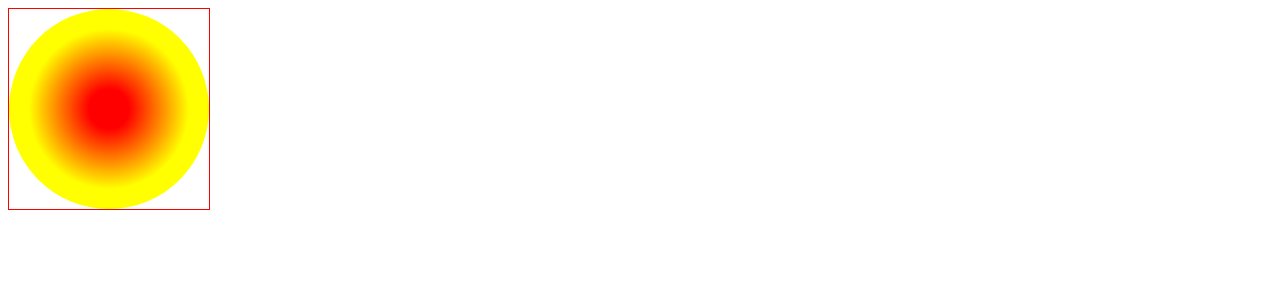
Repository: Tan-Khang21/TH_TKW--Buoi_05
Page: Bai_Tap_Tren_Lop/Bai_01/Canvas8.html
An editor plug-in stored every save of this project. The page is shown before and after the next save, followed by the edit.
The browser window is 1280 px wide. The pictures show the whole page.

Above is the page before, as saved 2024-03-10 20:40:49.

### Bai_Tap_Tren_Lop/Bai_01/Canvas8.html
<!DOCTYPE html>
<html lang="en">
  <head>
    <meta charset="UTF-8" />
    <meta name="viewport" content="width=device-width, initial-scale=1.0" />
    <title>Document</title>
  </head>
  <body>
    <canvas
      id="mycanvas"
      width="200px"
      height="200px"
      style="border: 1px solid #f00"
    ></canvas>
    <script>
      var c = document.getElementById("mycanvas");
      var ctx = c.getContext("2d");
      var grd = ctx.createRadialGradient(100, 100, 20, 100, 100, 80);
      grd.addColorStop(0, "red");
      grd.addColorStop(1, "yellow");
      ctx.beginPath();
      ctx.arc(100, 100, 100, 0, 2 * Math.PI);
      ctx.fillStyle = grd;
      ctx.fill();
    </script>
  </body>
</html>

After the next save:
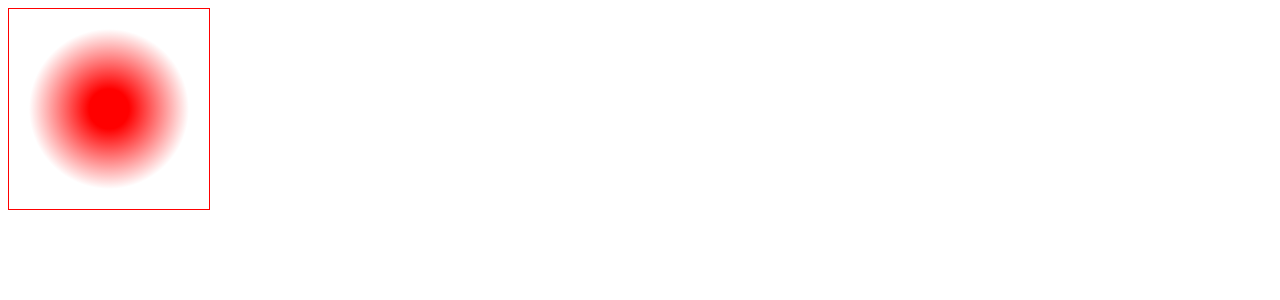
Saved 49 s later.
--- a/Bai_Tap_Tren_Lop/Bai_01/Canvas8.html
+++ b/Bai_Tap_Tren_Lop/Bai_01/Canvas8.html
@@ -17,7 +17,7 @@
       var ctx = c.getContext("2d");
       var grd = ctx.createRadialGradient(100, 100, 20, 100, 100, 80);
       grd.addColorStop(0, "red");
-      grd.addColorStop(1, "yellow");
+      grd.addColorStop(1, "white");
       ctx.beginPath();
       ctx.arc(100, 100, 100, 0, 2 * Math.PI);
       ctx.fillStyle = grd;
